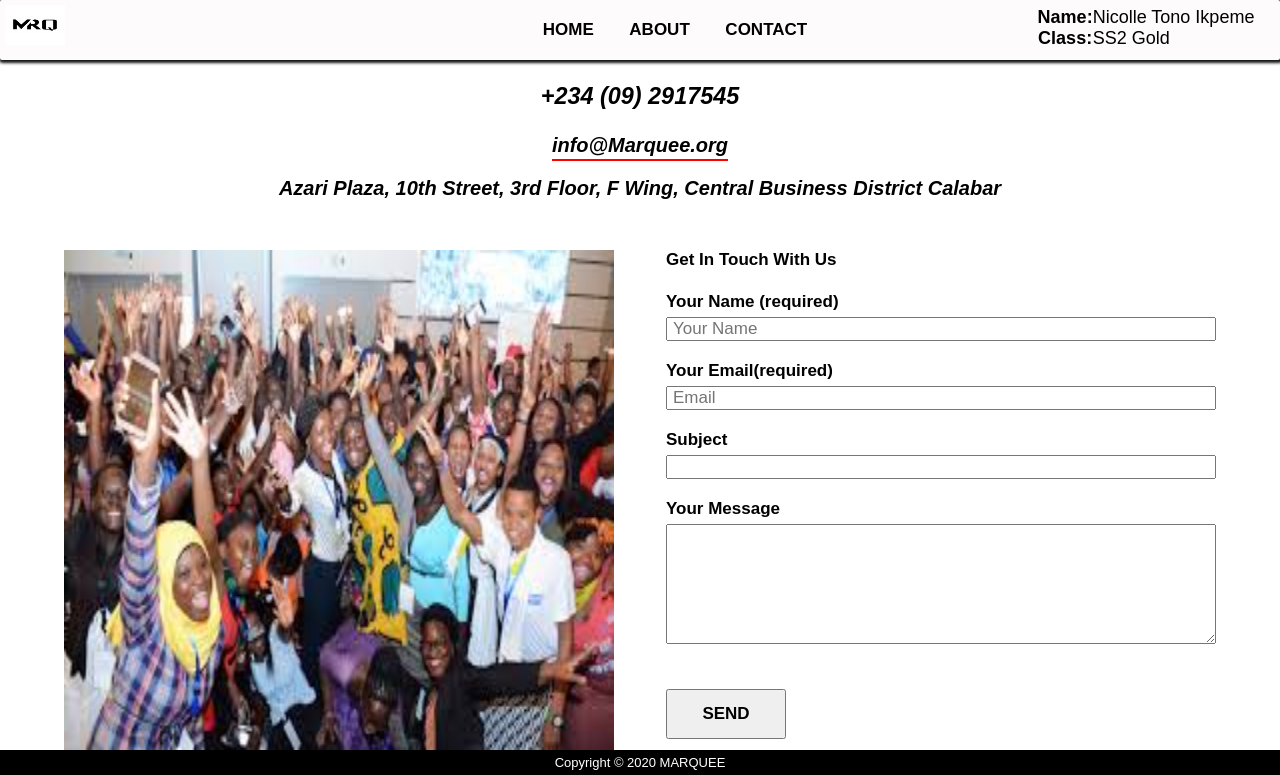
Repository: pboi18/Marquee.org
Page: contact.html
These files come from the project's save history. The page is drawn as it stood at one moment and after the next save; the edit follows.
The browser window is 1280 px wide. The pictures show the whole page.

Above is the page before, as saved 2020-07-11 21:06:30.

After the next save:
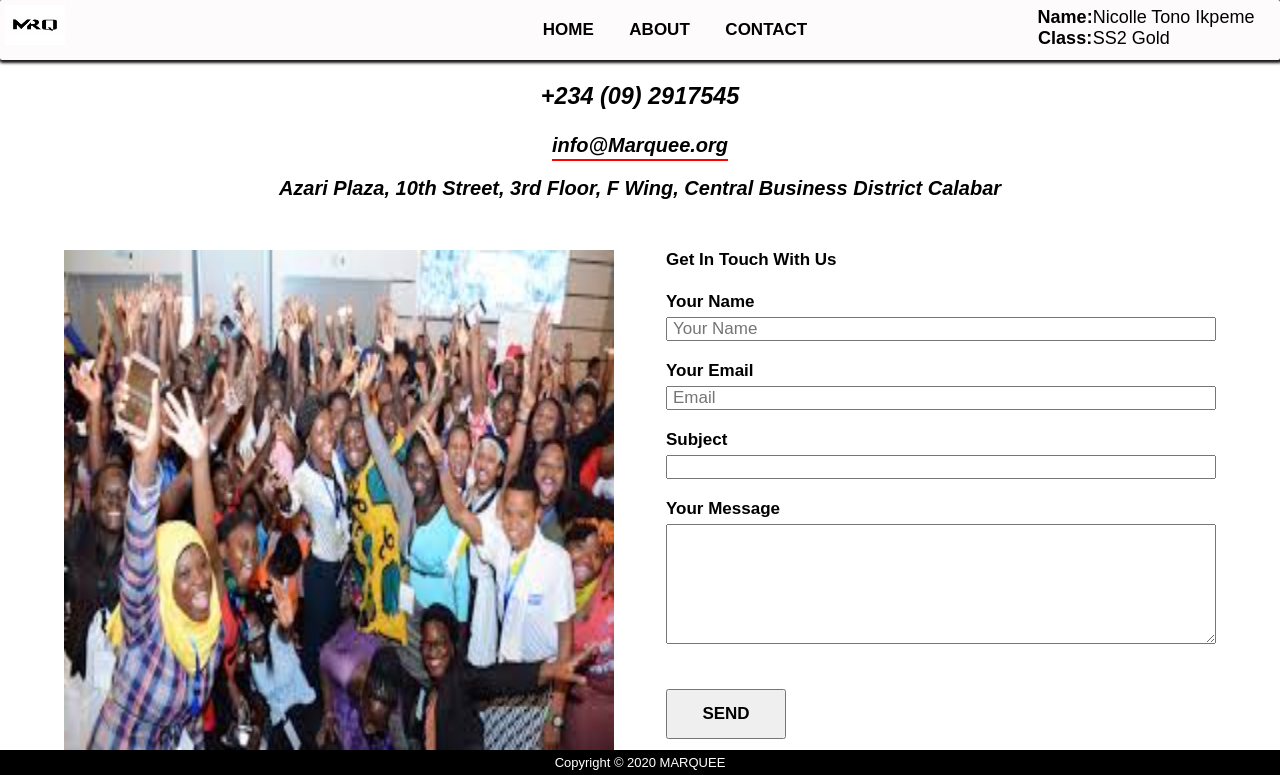
Saved 2 min 4 s later.
--- a/contact.html
+++ b/contact.html
@@ -74,18 +74,16 @@
 
 
                 <div style="height: 500px;">
-                    <div >
-                        <img src="img/images.jpg" alt="Happy women" class="image">
-                    </div>
+                    <img src="img/images.jpg" alt="Happy women" class="image">
 
                     <form class="form2">
                         <h4 style="margin-top: 0px;">Get In Touch With Us</h4>
-                        <label>Your Name (required)</label><br>
+                        <label>Your Name </label>
                         <input type="text" name="Name" placeholder="Your Name" required style="width: 100%; font-weight: 100; padding-left: 5px; margin-top: 5px;"><br>
     <br>
-                        <label>Your Email(required)</label><br>
+                        <label>Your Email</label><br>
                         <input type="email"  placeholder="Email" required style="width: 100%; font-weight: 100; padding-left: 5px; margin-top: 5px;"><br><br>
-                        <label>Subject</label><br>
+                        <label>Subject</label>
                         <input type="text" style="width: 100%; margin-top: 5px;"><br><br>
                         <label>Your Message</label>
                         <textarea style="width: 100%; height: 120px; margin-top: 5px;"></textarea>
